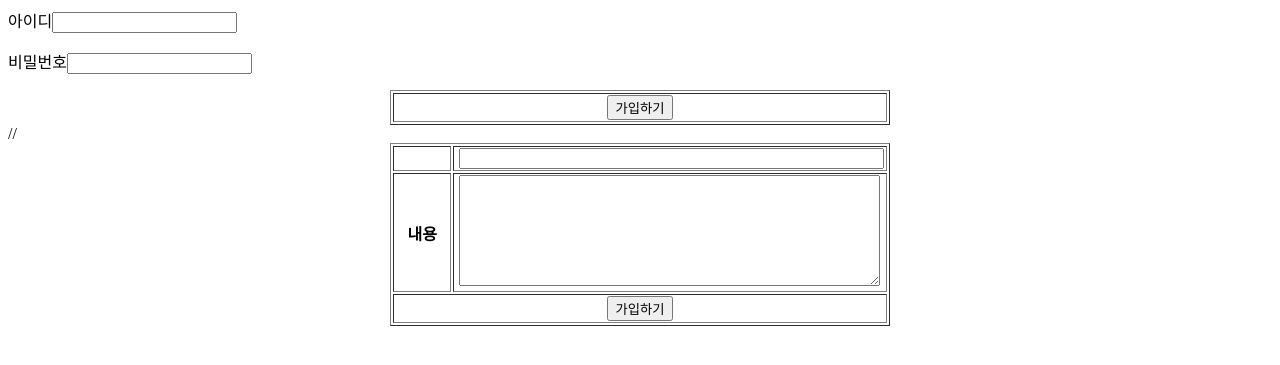
Repository: KimYeonA1/jspStudy
Page: jspStudy/src/main/webapp/member/member.html
An editor plug-in stored every save of this project. The page is shown before and after the next save, followed by the edit.
The browser window is 1280 px wide. The pictures show the whole page.

Above is the page before, as saved 2024-12-03 08:49:46.

### jspStudy/src/main/webapp/member/member.html
<!DOCTYPE html>
<html>

<head>
<meta charset="UTF-8">
<title>회원가입</title>
</head>

<body>
<form method="post" action="/jspStudy/joinInsert">
      <table align="center" width="500" border="1">
  <label for="id">아이디</label>
  <input type="text" name="id" id="id"><p id="idText"></p>
  <label for="id">비밀번호</label>
  <input type="text" name="id" id="id"><p id="idText"></p>


   		 <tr>
         <td colspan="2" align="center">
           <input type="submit" value="가입하기">
         </td>
         </tr>
   </table>
    </form>
</body>

</html>

//
<html>
  <head>
    <title>회원가입</title>
  </head>
  <meta charset="UTF-8">
  <meta name="viewport" content="width=device-width, initial-scale=1.0">
  <body>
    <form method="post" action="/jspStudy/joinInsert">
      <table align="center" width="500" border="1">
        <tr>
            <th width="70">  </th>
        <td width="430">
          &nbsp;<input type="text" name="writer" size="50">
        </td>
        </tr>
        <tr>
        <th>내용</th>
        <td>
          &nbsp;<textarea rows="7" cols="50" name="memo">
                 </textarea>
         </td>
        </tr>
        <tr>
         <td colspan="2" align="center">
           <input type="submit" value="가입하기">

         </td>
         </tr>
    </table>
    </form>
  </body>
</html>

After the next save:
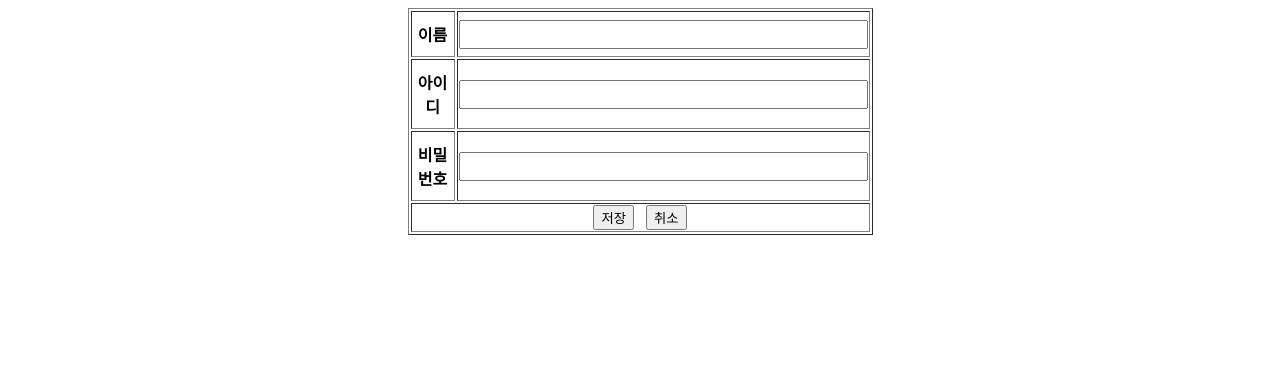
Saved 17 min 47 s later.
--- a/jspStudy/src/main/webapp/member/member.html
+++ b/jspStudy/src/main/webapp/member/member.html
@@ -1,61 +1,34 @@
 <!DOCTYPE html>
 <html>
-
 <head>
 <meta charset="UTF-8">
-<title>회원가입</title>
+<title>Insert title here</title>
 </head>
+<body>
+<form  method="post" action="/jspStudy/memberInsert">
+<table align="center" width="465" border="1" >
 
-<body>
-<form method="post" action="/jspStudy/joinInsert">
-      <table align="center" width="500" border="1">
-  <label for="id">아이디</label>
-  <input type="text" name="id" id="id"><p id="idText"></p>
-  <label for="id">비밀번호</label>
-  <input type="text" name="id" id="id"><p id="idText"></p>
+<tr>
+<th style="padding : 10px 3px;">이름 </th>
+<td><input type="text" name="name" size="48" style="height: 23px;"> </td>
+</tr>
+<tr>
+<th style="padding : 10px 3px;">아이디 </th>
+<td><input type="text" name="id" size="48" style="height: 23px;"> </td>
+</tr>
+<tr>
+<th style="padding : 10px 3px;">비밀번호 </th>
+<td><input type="password" name="pwd" size="48" style="height: 23px;" > </td>
+</tr>
+<tr>
+         <td colspan="2" align="center">
+           <input type="submit" value="저장">&nbsp;&nbsp;
+           <input type="reset" value="취소">
+         </td>
+         </tr>
+</table>
 
 
-   		 <tr>
-         <td colspan="2" align="center">
-           <input type="submit" value="가입하기">
-         </td>
-         </tr>
-   </table>
-    </form>
+</form>
 </body>
-
 </html>
-
-//
-<html>
-  <head>
-    <title>회원가입</title>
-  </head>
-  <meta charset="UTF-8">
-  <meta name="viewport" content="width=device-width, initial-scale=1.0">
-  <body>
-    <form method="post" action="/jspStudy/joinInsert">
-      <table align="center" width="500" border="1">
-        <tr>
-            <th width="70">  </th>
-        <td width="430">
-          &nbsp;<input type="text" name="writer" size="50">
-        </td>
-        </tr>
-        <tr>
-        <th>내용</th>
-        <td>
-          &nbsp;<textarea rows="7" cols="50" name="memo">
-                 </textarea>
-         </td>
-        </tr>
-        <tr>
-         <td colspan="2" align="center">
-           <input type="submit" value="가입하기">
-
-         </td>
-         </tr>
-    </table>
-    </form>
-  </body>
-</html>
